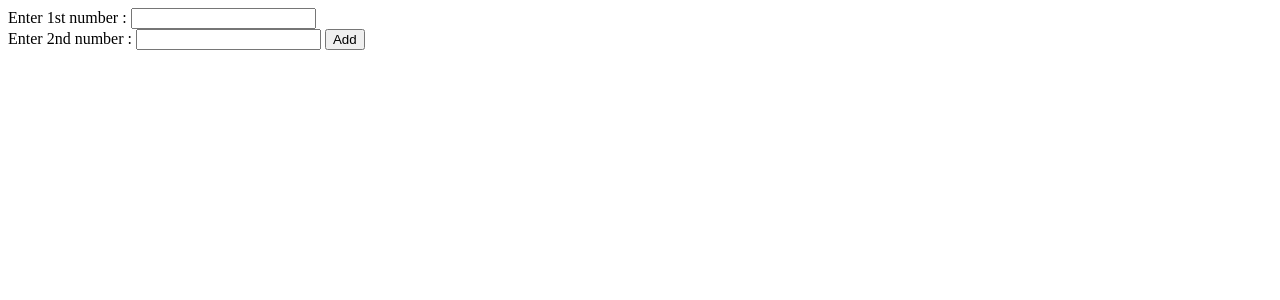
Repository: Bensoli-Inc/Eclipse-projects
Page: ServletApps/src/main/webapp/index.html
The author's editor kept a copy of each file at every save. The page is drawn from the files as they stood at one save, then again after the next save.
The browser window is 1280 px wide. The pictures show the whole page.

Above is the page before, as saved 2024-09-09 20:10:39.

### ServletApps/src/main/webapp/index.html
<!DOCTYPE html>
<html>
<head>
<meta charset="UTF-8">
<title>1st servlet app</title>
</head>
<body>
	<Form
		action="add">

		Enter 1st number : <input
								type ="text"
								name = "num1"> <br>
		Enter 2nd number : <input
								type ="text"
								name = "num2">

		<button type="submit"> Add </button>


	</Form>
</body>
</html>

After the next save:
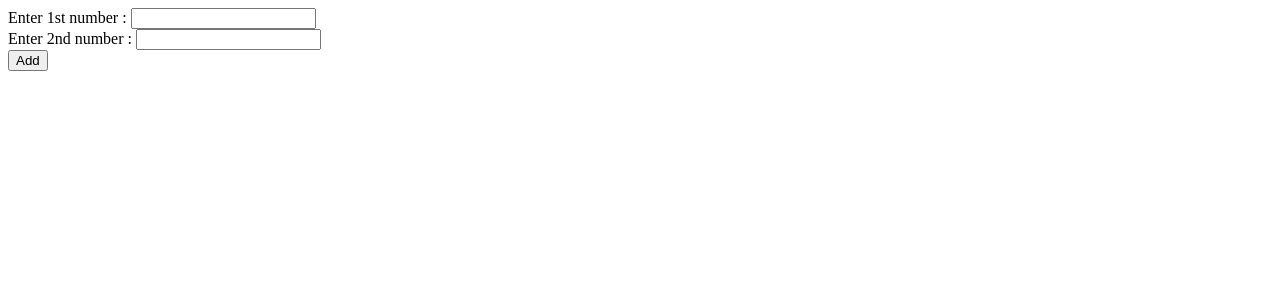
Saved 53 s later.
--- a/ServletApps/src/main/webapp/index.html
+++ b/ServletApps/src/main/webapp/index.html
@@ -13,7 +13,7 @@
 								name = "num1"> <br>
 		Enter 2nd number : <input
 								type ="text"
-								name = "num2">
+								name = "num2"> <br>
 
 		<button type="submit"> Add </button>
 
